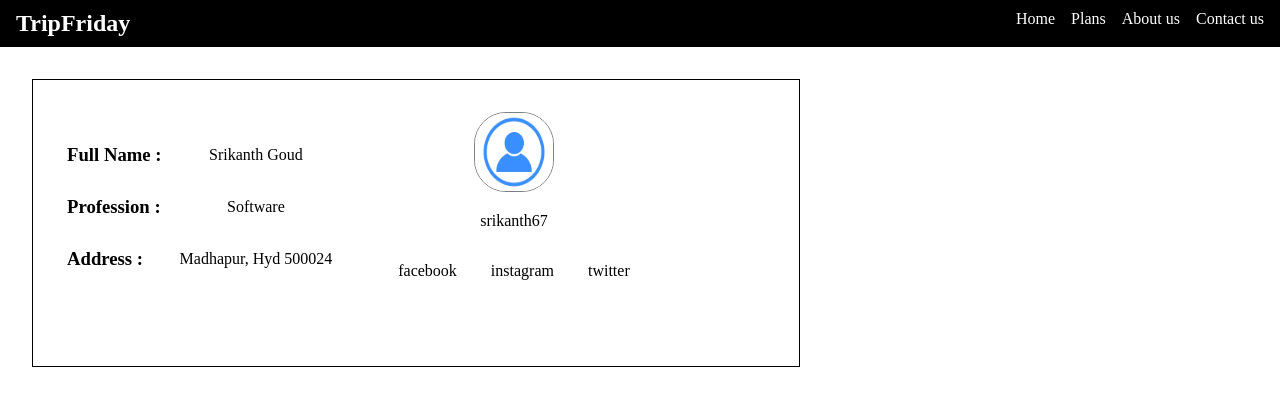
Repository: suraj-yadav7/userprofile
Page: /userdetails
An editor plug-in stored every save of this project. The page is shown before and after the next save, followed by the edit.
The browser window is 1280 px wide. The pictures show the whole page.
The project was rebuilt for these pictures with package versions that can differ from the ones it lists, and the page was loaded fresh each time. Also part of the build but not shown: src/components/UserProfile.jsx.

Above is the page before, as saved 2023-05-04 14:44:42.

### src/App.js
import './App.scss';
import UserProfile from './components/UserProfile';
import UserDetails from './components/UserDetails';
import { BrowserRouter as Router, Routes, Route } from 'react-router-dom';
import Header from './components/Header';


function App() {
  return (
    <>
    <Router>
      <Header />
      <Routes>
        <Route exact path='/' element={<UserProfile/>} />
        <Route exact path='/userdetails' element={<UserDetails/> } />
      </Routes>
    </Router>
    </>
  );
}

export default App;

### src/App.scss
*{
padding: 0;
margin: 0;
box-sizing: border-box;
}
nav{
    display: flex;
    justify-content:space-between;
    padding: 10px 1rem;
    background-color: black;
    color: white;
    >div>ul{
        display: flex;
        list-style: none;
        gap: 1rem;
    }
}

### src/components/UserDetails.jsx
import React from 'react'
import "../assests/userDetails.scss"
import usericon from"../assests/usericon.jpg"

const UserDetails = () => {
  return (
  <>
 <div className='details'>
  <div className='sub1'>
<table>
  <tr>
    <td><h3>Full Name :</h3></td>
    <td><p> Srikanth Goud</p> </td>
  </tr>
  <tr>
    <td><h3>Profession :  </h3></td>
    <td><p> Software </p> </td>
  </tr>
  <tr>
    <td><h3>Address :</h3></td>
    <td><p>Madhapur, Hyd 500024</p> </td>
  </tr>
</table>

  </div>
  <div className='sub2'>
    <img src={usericon} alt="userimage"></img>
    <p>srikanth67</p>
    <div className='socialMedia'>
      <p>facebook</p>
      <p>instagram</p>
      <p>twitter</p>
    </div>
  </div>
 </div>
  </>
  )
}

export default UserDetails

### src/components/Header.jsx
import React from 'react'

const Header = () => {
  return (
  <>
  <nav>
<h1>TripFriday</h1>
<div>
    <ul>
        <li>Home</li>
        <li>Plans</li>
        <li>About us</li>
        <li>Contact us</li>
    </ul>
</div>
</nav>
  </>
  )
}

export default Header

### src/assests/userProfile.scss
@import "./color.scss";

.userprofile{
    display: flex;
    gap: 2rem;
    height: 100vh;
}
.userList{
    >div{
        padding: 1rem;
        display: flex;
        text-align: center;
    }
}
.fetchList,p,button{
    padding: 30 px;
    margin: 1rem;
    text-align: center;

    >p{
        font: 400 1.1rem sans-serif;
    }
    >button{
        background-color:beige;
        border:1px solid grey;
        width: 6rem;
        height: 2rem;
        border-radius: 1rem;
    }
}

.hoverItem{
    margin:10rem 3rem;
}

### src/assests/userDetails.scss
@import "./color.scss";

.details{
    display: flex;
    gap: 2rem;
    border: 1px solid black;
    width: 60vw;
    height: 40vh;
    padding: 2rem;
    margin: 2rem 2rem;
    >.sub1{
        padding: 1rem 0;
        p{
            font-size: 1rem;
        }
    }

    >.sub2 {
        text-align: center;
    >img{
        width: 5rem;
        height: 5rem;
        border: 1px solid grey;
        border-radius: 2rem;
    }

    >div{
        margin: 1rem 0;
        display: flex;
        gap: 2px;
        align-items: center;
    }
}
}

### src/assests/color.scss
$primary-color: #0f171e;
$secondary-color: #1a242f;
$font-primary:#ffff;
$font-secondary: #79b8f3;

Loaded but not shown: public/index.html (common file); src/index.js (common file)

After the next save:
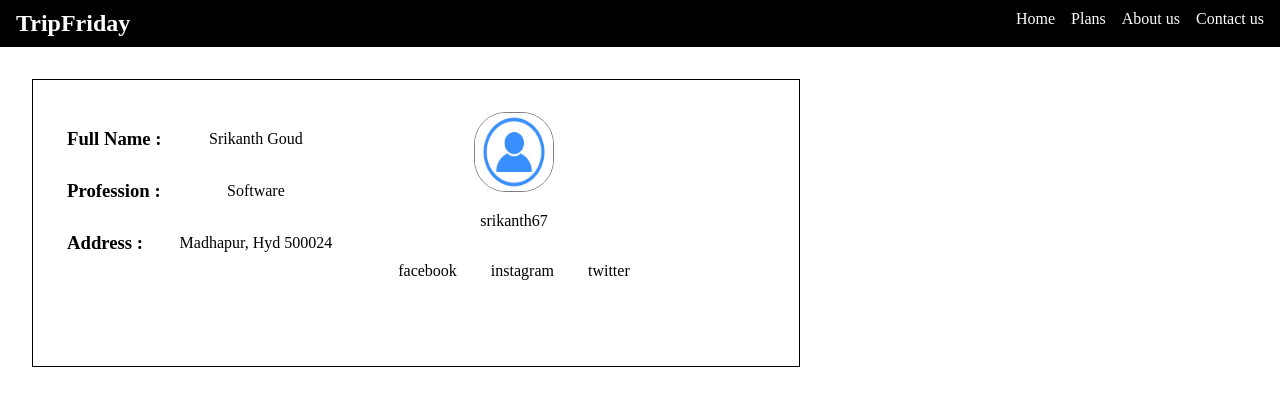
Saved 18 s later.
--- a/src/assests/userDetails.scss
+++ b/src/assests/userDetails.scss
@@ -9,7 +9,6 @@
     padding: 2rem;
     margin: 2rem 2rem;
     >.sub1{
-        padding: 1rem 0;
         p{
             font-size: 1rem;
         }
